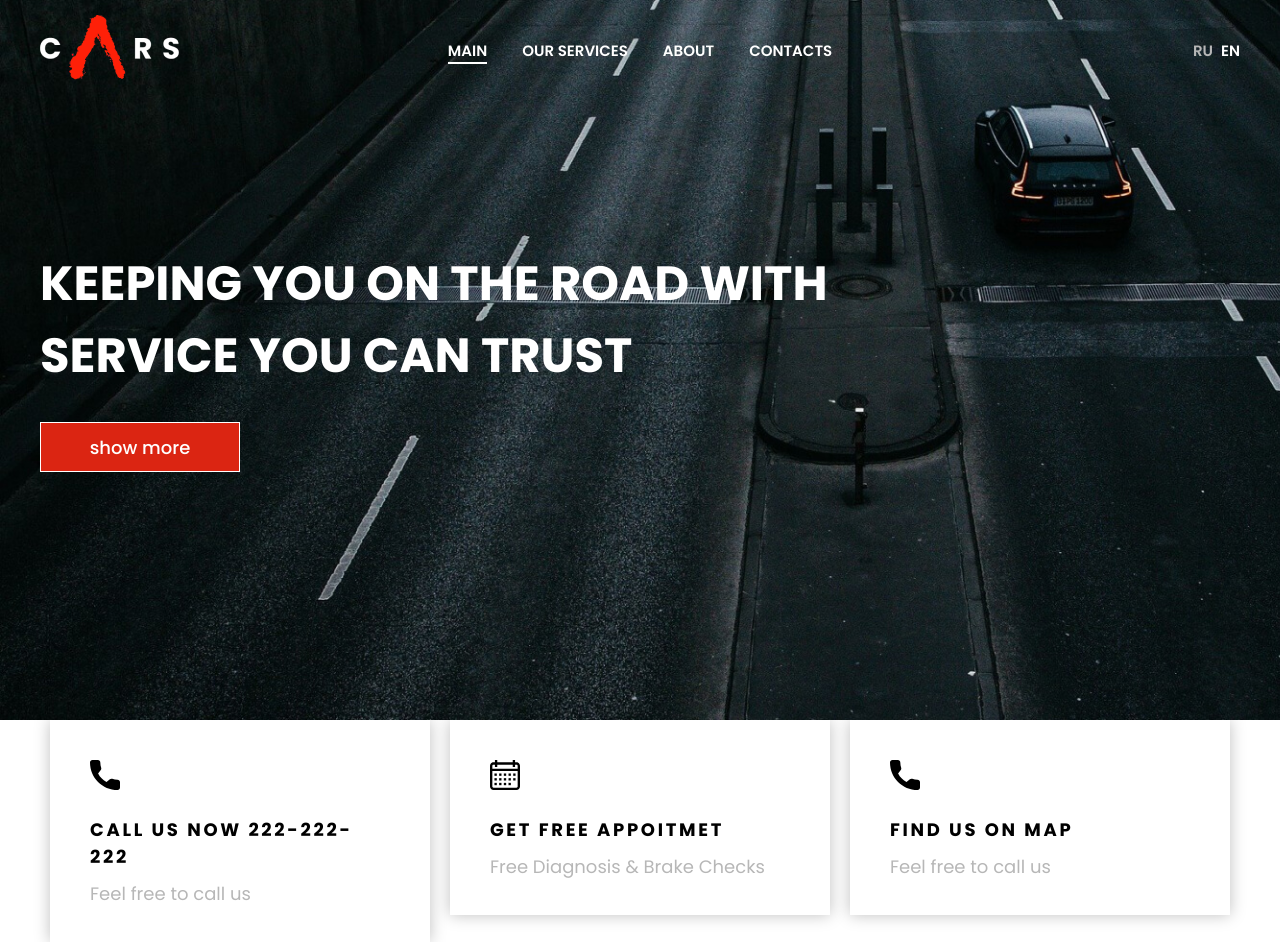
Repository: Earn1ll/car_repair
Page: index.html
An editor plug-in stored every save of this project. The page is shown before and after the next save, followed by the edit.
The browser window is 1280 px wide. The pictures show the whole page.

Above is the page before, as saved 2022-09-18 16:12:23.

### index.html
<!DOCTYPE html>
<html lang="en">
<head>
    <meta charset="UTF-8">
    <meta http-equiv="X-UA-Compatible" content="IE=edge">
    <meta name="viewport" content="width=device-width, initial-scale=1.0">
    <title>car repair</title>
    <link rel="stylesheet" href="css/style.css">
</head>
<body>
    <header class="header">
        <div class="container">
            <div class="header__wrapper">
                <div class="header__block">
                    <a href="/" class="header__logo">
                        <img src="img/logo.png" alt="logo">
                    </a>
                </div>

                <nav class="nav">
                    <a href="#" class="nav__link active">Main</a>
                    <a href="#" class="nav__link">Our services</a>
                    <a href="#" class="nav__link">About</a>
                    <a href="#" class="nav__link">Contacts</a>
                </nav>

                <div class="header__block">
                    <div class="header__lng">
                        <a href="#" class="header__lng-link ">ru</a>
                        <a href="#" class="header__lng-link active">en</a>
                    </div>
                </div>

            </div>
        </div>
    </header>

    <section class="intro">
        <div class="container">
            <div class="intro__content">
                <div class="intro__block">
                    <h1 class="intro__title">
                        KEEPING YOU ON THE ROAD WITH
                        SERVICE YOU CAN TRUST
                    </h1>
                    <a href="#" class="btn">show more</a>
                </div>
            </div>
        </div>
    </section>

    <section class="info">
        <div class="container">
            <div class="info__wrapper">
                <div class="info__block">
                    <div class="info__item">
                        <div class="info__img">
                            <img src="img/phone.svg " alt="">
                        </div>
                        <h3 class="info__title">
                            CALL US NOW 222-222-222
                        </h3>
                        <p class="info__text">Feel free to call us</p>
                    </div>
                </div>

                <div class="info__block">
                    <div class="info__item">
                        <div class="info__img">
                            <img src="img/calendar.svg " alt="">
                        </div>
                        <h3 class="info__title">
                            GET FREE APPOITMET
                        </h3>
                        <p class="info__text">Free Diagnosis & Brake Checks</p>
                    </div>
                </div>

                <div class="info__block">
                    <div class="info__item">
                        <div class="info__img">
                            <img src="img/phone.svg " alt="">
                        </div>
                        <h3 class="info__title">
                            FIND US ON MAP
                        </h3>
                        <p class="info__text">Feel free to call us</p>
                    </div>
                </div>
            </div>
        </div>
    </section>
</body>
</html>

### css/style.css
@import url('https://fonts.googleapis.com/css2?family=Poppins:wght@400;500:600;700;800;900&display=swap');

*,*::before,::after {
    box-sizing: border-box;
}
body {
    margin: 0;
    font-family: 'Poppins', sans-serif;
    font-size: 15px;
}

h1,h2,h3,h4,h5,h6 {
    margin: 0;
}

p {
    margin: 0 0 5px;
}

.container {
    width: 1200px;
    margin: 0 auto;
}
.btn {
    display: inline-flex;
    align-items: center;
    justify-content: center;
    color: #fff;
    height: 50px;
    font-size: 18px;
    text-decoration: none;
    font-weight: 500;
    background-color: #DB2512;
    border: 1px solid;
    min-width: 200px;
    padding: 11px 15px;
    transition: background-color .2s ease;
}

.btn:hover {
    background-color: #991203;
}



/* header start working */
.header {
    width: 100%;
    position: absolute;
    top: 0;
    left: 0;
    z-index: 3;
}

.header__wrapper {
    height: 100px;
    display: flex;
    justify-content: space-between;
    align-items: center;
}

.header__block {
    width: 20%;
}

.header__logo {
    display: inline-block;
}

.header__logo img {
    height: 65px;
}

.nav {
    display: flex;
}

.nav__link {
    margin-right: 35px;
    color: #fff;
    text-transform: uppercase;
    text-decoration: none;
    font-weight: 600;
    position: relative;
}

.nav__link::after {
    width: 100%;
    height: 2px;
    background-color: #fff;
    position: absolute;
    top: 100%;
    left: 0;
    content: '';
    opacity: 0;
    transition: opacity .2s ease;

}

.nav__link:last-child {
    margin-right: 0;
}

.nav__link:hover::after {
    opacity: 1;
}

.nav__link.active::after {
    opacity: 1;
}

.header__lng {
    display: flex;
    justify-content: flex-end;

}

.header__lng-link {
    margin-right: 8px;
    text-transform: uppercase;
    text-decoration: none ;
    font-weight: 600;
    color: #b7b7b7;
    transition: color .2s ease;
}

.header__lng-link:hover {
    color: #fff;
}

.header__lng-link:last-child {
    margin-right: 0;
}

.header__lng-link.active {
    color: #fff;
}
/* header end working */
/* intro start working */

.intro {
    background: url('../img/intro_bg.jpg') no-repeat;
    background-size: cover;
    position: relative;
}

.intro::after {
    width: 100%;
    height: 100%;
    position: absolute;
    top: 0;
    left: 0;
    background-color: #000;
    opacity: .2;
}

.intro__content {
    height: 100vh ;
    background: no-repeat;
    display: flex;
    align-items: center;
    position: relative;
    z-index: 2;
}

.intro__block {

}

.intro__title {
    max-width: 790px;
    font-size: 48px;
    font-weight: 700;
    color: #fff;
    line-height: 1.5;
    margin-bottom: 30px;

}
/* intro end working */
/* info start */
.info {

}

.info__wrapper {
    display: flex;
    margin 0 -10px;
}

.info__block {
    width: 33.33%;
    padding: 0 10px;
}

.info__item {
    background-color: #fff;
    box-shadow: 0px 0px 15px rgba(0, 0, 0, 0.25);
    padding: 40px 40px 30px;
}

.info__img {
    margin-bottom: 20px;
}

.info__img img{
    height: 30px;
}

.info__title {
    margin-bottom: 10px;
    font-size: 18px;
    letter-spacing: 0.15em;
}

.info__text {
    font-size: 18px;
    color: #b7b7b7;
}
/* info end */

After the next save:
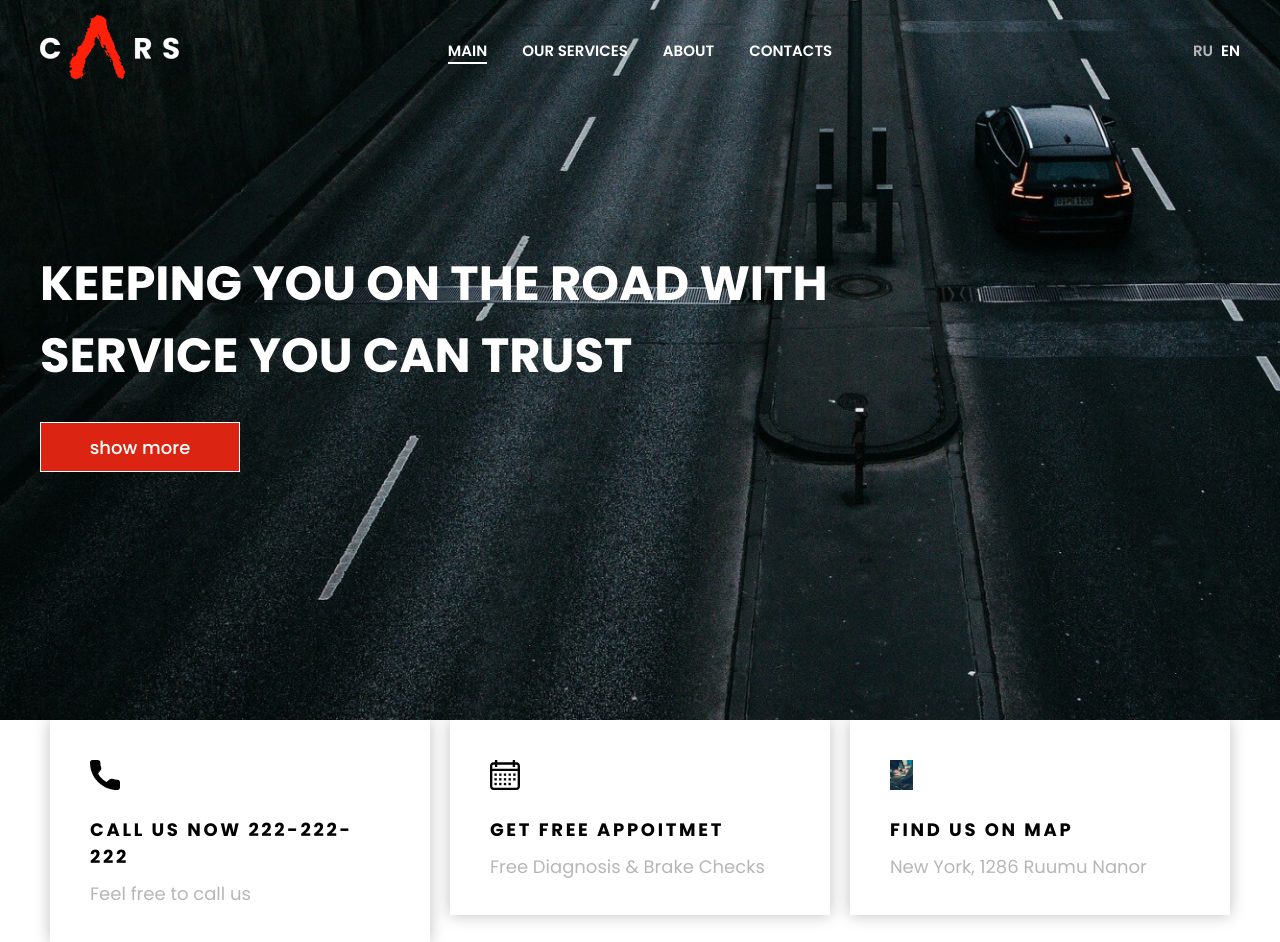
Saved 36 s later.
--- a/index.html
+++ b/index.html
@@ -79,12 +79,12 @@
                 <div class="info__block">
                     <div class="info__item">
                         <div class="info__img">
-                            <img src="img/phone.svg " alt="">
+                            <img src="img/diagnostic.jpg " alt="">
                         </div>
                         <h3 class="info__title">
                             FIND US ON MAP
                         </h3>
-                        <p class="info__text">Feel free to call us</p>
+                        <p class="info__text">New York, 1286 Ruumu Nanor</p>
                     </div>
                 </div>
             </div>
